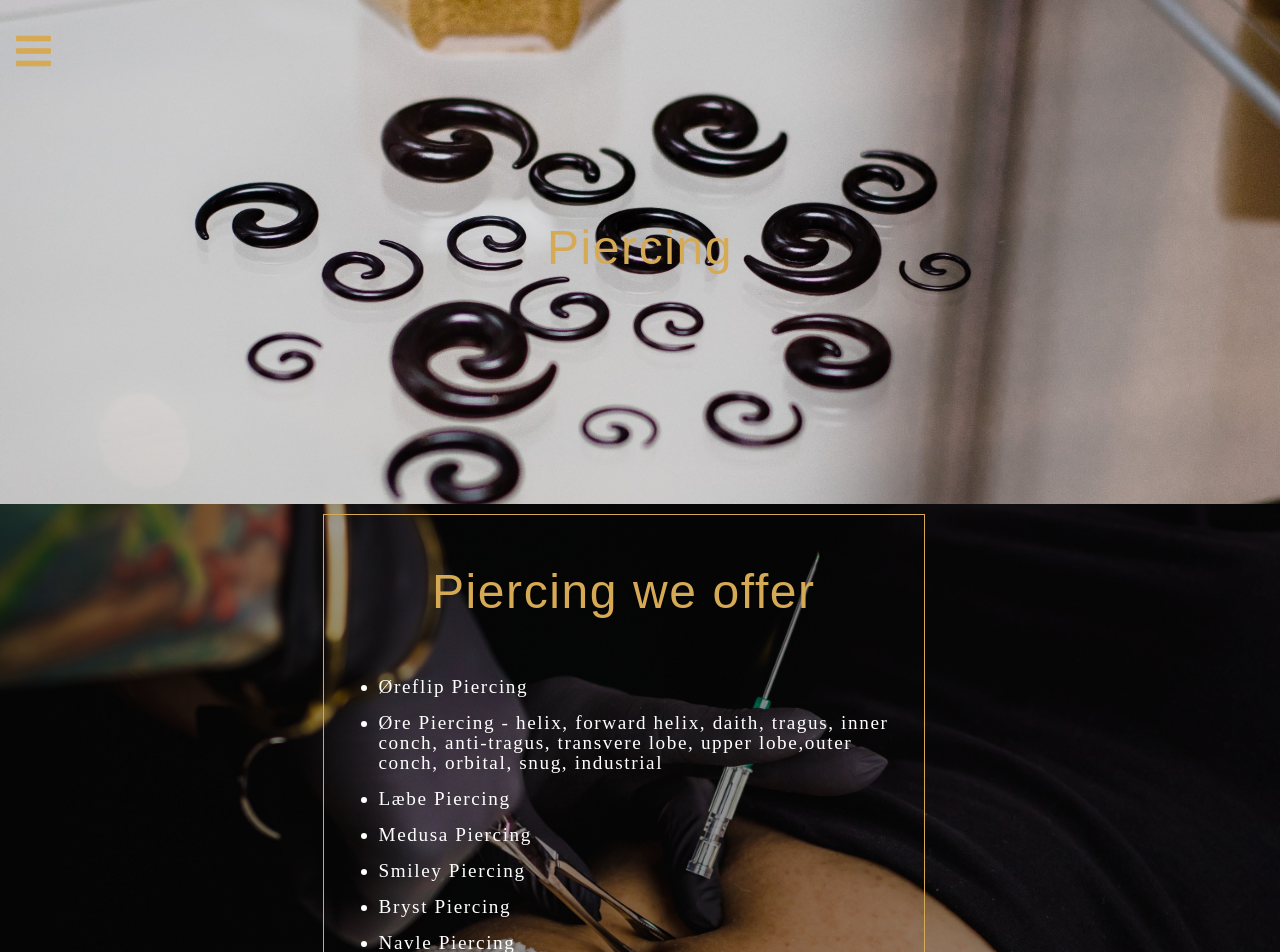
Repository: Spreceriany/TattooWeb
Page: piercing-en.html
An editor plug-in stored every save of this project. The page is shown before and after the next save, followed by the edit.
The browser window is 1280 px wide. The pictures show the part of the page from y = 0 to 952 px (the page is 3082 px tall).
A picture or video elsewhere on the page could not be fetched, so the positions and the page height are approximate. Some web fonts or font styles are not loaded; a fallback is used. Some web libraries are served in a nearby version.

Above is the page before, as saved 2020-04-10 16:11:20.
Console error: TypeError: Cannot read properties of null (reading 'addEventListener')

After the next save:
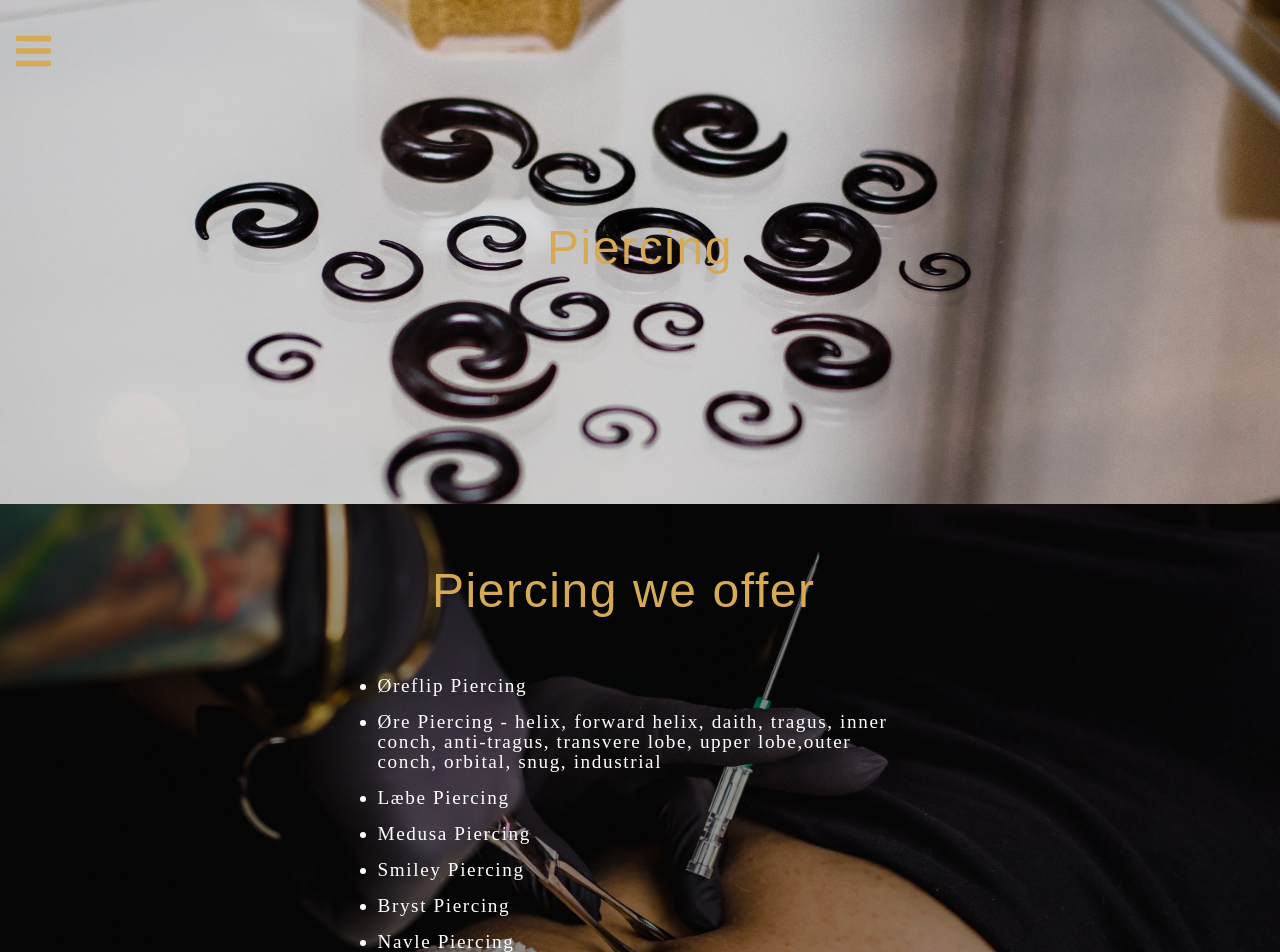
Saved 3 min 36 s later.
--- a/piercing-en.html
+++ b/piercing-en.html
@@ -76,7 +76,7 @@
         <div class="offset-0 offset-md-3">
 
         </div>
-        <div class="col-12 col-md-6" style="border: 1px solid #d6aa55;">
+        <div class="col-12 col-md-6 percing-div">
           <div>
             <h2 class="text-center gold site-section-heading2 pt-5">Piercing we offer</h2>
           <ul class="text-left fa-ul pt-5 py-5 text-white">
